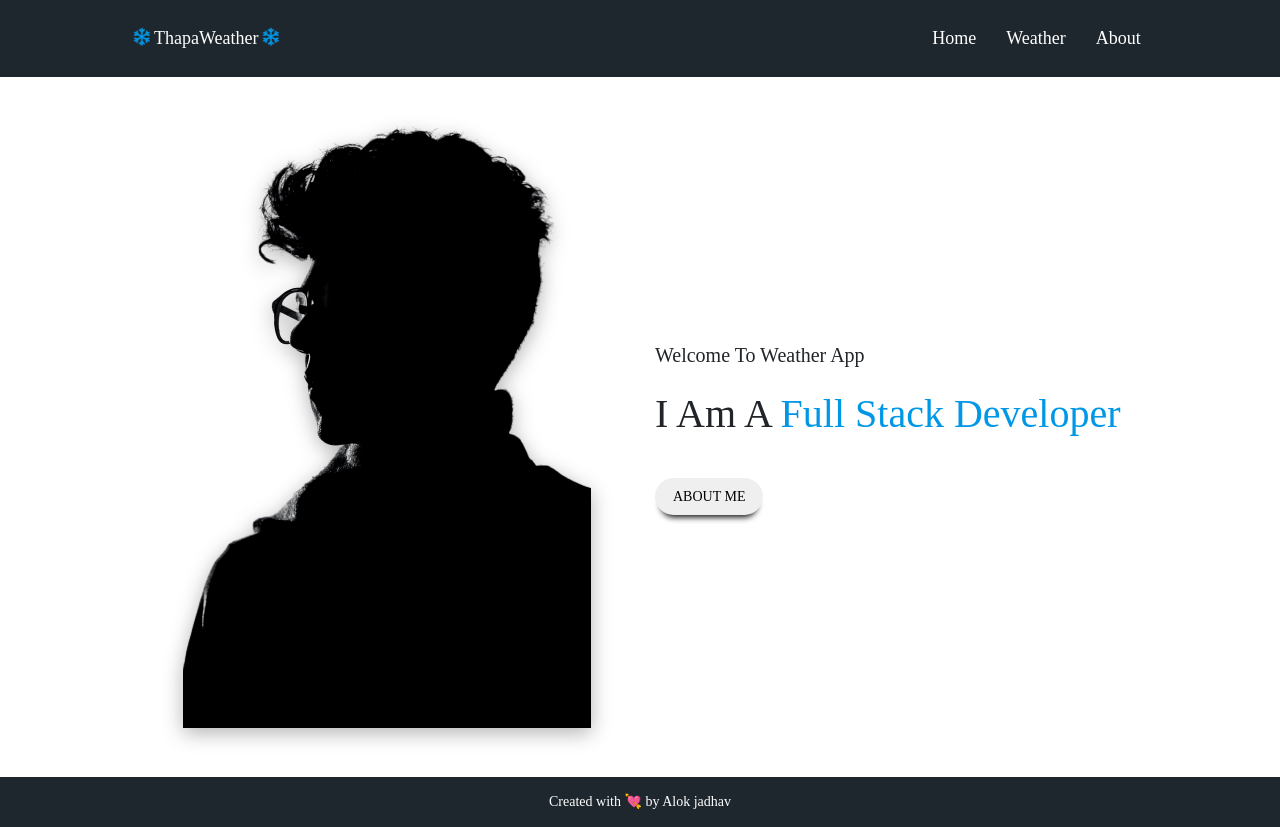
Repository: AalokJadhav/Weather_App
Page: public/about.html
These files come from the project's save history. The page is drawn as it stood at one moment and after the next save; the edit follows.
The browser window is 1280 px wide. The pictures show the whole page.
Some web fonts or font styles are not loaded; a fallback is used. Some web libraries are served in a nearby version.

Above is the page before, as saved 2020-11-15 16:14:13.

After the next save:
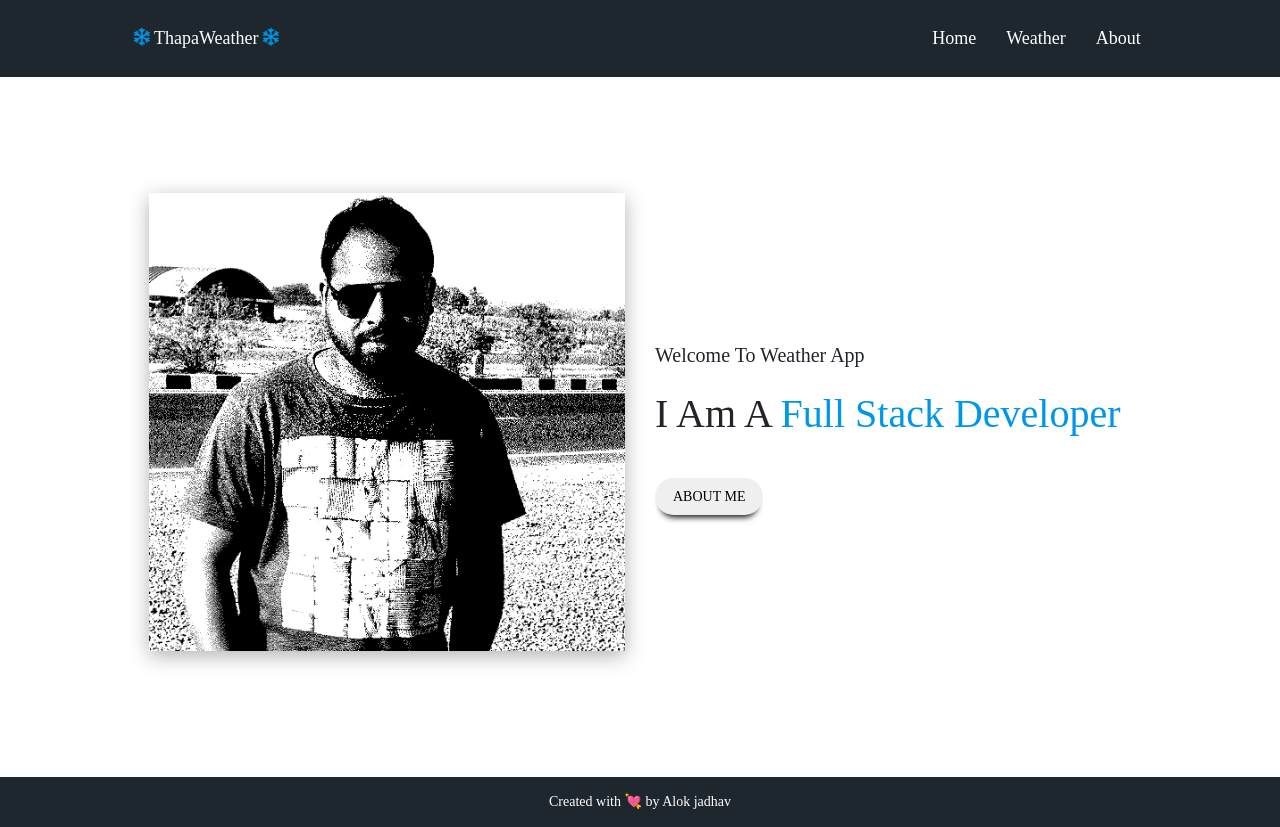
Saved 3 min 51 s later.
--- a/public/about.html
+++ b/public/about.html
@@ -66,7 +66,7 @@
                     <!-- Left Side Div -->
                     <div class="col-md-6 col-12 main_header_right align-items-center">
                         <figure>
-                            <img src="images/about.png" class="img-fluid" title="Alok">
+                            <img src="images/about1.png" class="img-fluid" title="Alok">
                         </figure>
                     </div>
 
